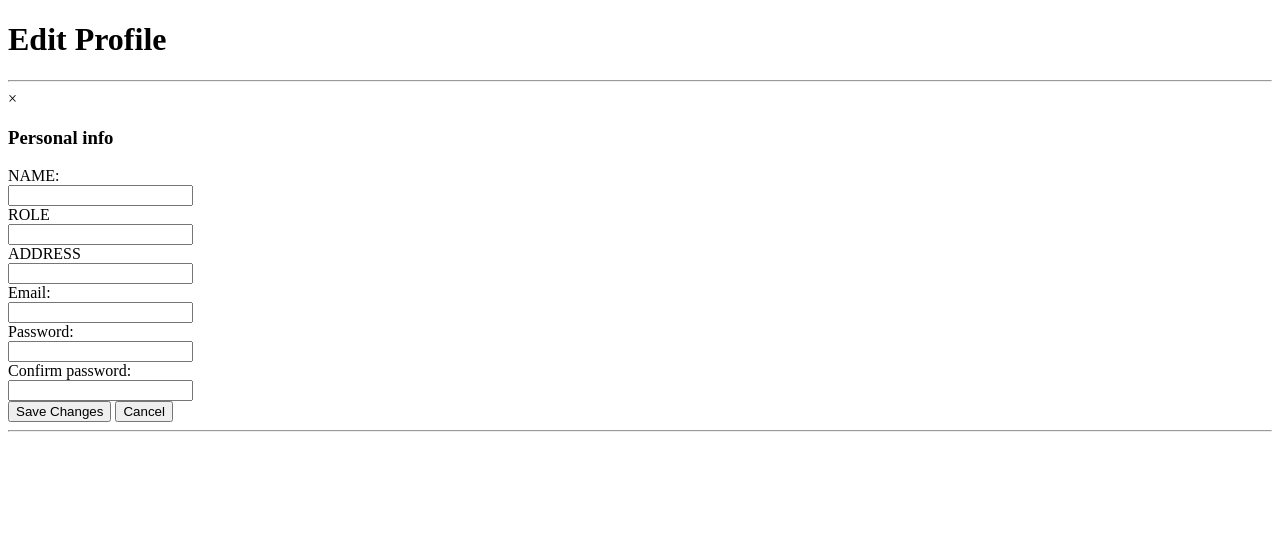
Repository: sharad2795/collobrationproject
Page: collobrationFE/WebContent/htmlpages/updateuser.html
An editor plug-in stored every save of this project. The page is shown before and after the next save, followed by the edit.
The browser window is 1280 px wide. The pictures show the whole page.

Above is the page before, as saved 2017-05-22 09:31:14.

### collobrationFE/WebContent/htmlpages/updateuser.html
<!DOCTYPE html>
<html>
<head>
<meta charset="ISO-8859-1">
<title>Insert title here</title>
</head>
<body>
<div ng-controller="usercontroller as ctrl">
<div class="container">
    <h1>Edit Profile</h1>
  	<hr>

      <!-- edit form column -->
      <div class="col-md-9 personal-info">
        <div class="alert alert-info alert-dismissable">
          <a class="panel-close close" data-dismiss="alert">×</a>

        <h3>Personal info</h3>

        <form ng-submit="ctrl.update()"  class="form-horizontal" role="form">
          <div class="form-group">
            <label class="col-lg-3 control-label">NAME:</label>
            <div class="col-lg-8">
              <input class="form-control" type="text" ng-model="currentUser.name">
            </div>
          </div>
          <div class="form-group">
            <label class="col-lg-3 control-label">ROLE</label>
            <div class="col-lg-8">
              <input class="form-control" type="text" ng-model="currentUser.role">
            </div>
          </div>
          <div class="form-group">
            <label class="col-lg-3 control-label">ADDRESS</label>
            <div class="col-lg-8">
              <input class="form-control" type="text" value="" ng-model="currentUser.address">
            </div>
          </div>
          <div class="form-group">
            <label class="col-lg-3 control-label">Email:</label>
            <div class="col-lg-8">
              <input class="form-control" type="text" ng-model="currentUser.email">
            </div>
          </div>
          <div class="form-group">
            <label class="col-md-3 control-label">Password:</label>
            <div class="col-md-8">
              <input class="form-control" type="password" ng-model="currentUser.password">
            </div>
          </div>
          <div class="form-group">
            <label class="col-md-3 control-label">Confirm password:</label>
            <div class="col-md-8">
              <input class="form-control" type="password" ng-model="currentUser.confirmpassword">
            </div>
          </div>
          <div class="form-group">
            <label class="col-md-3 control-label"></label>
            <div class="col-md-8">
              <input type="submit" class="btn btn-primary" value="Save Changes">
              <span></span>
              <input type="reset" class="btn btn-default" value="Cancel">
            </div>
          </div>
        </form>
      </div>
  </div>
</div>
</div>
</div>
<hr>
</body>
</html>

After the next save:
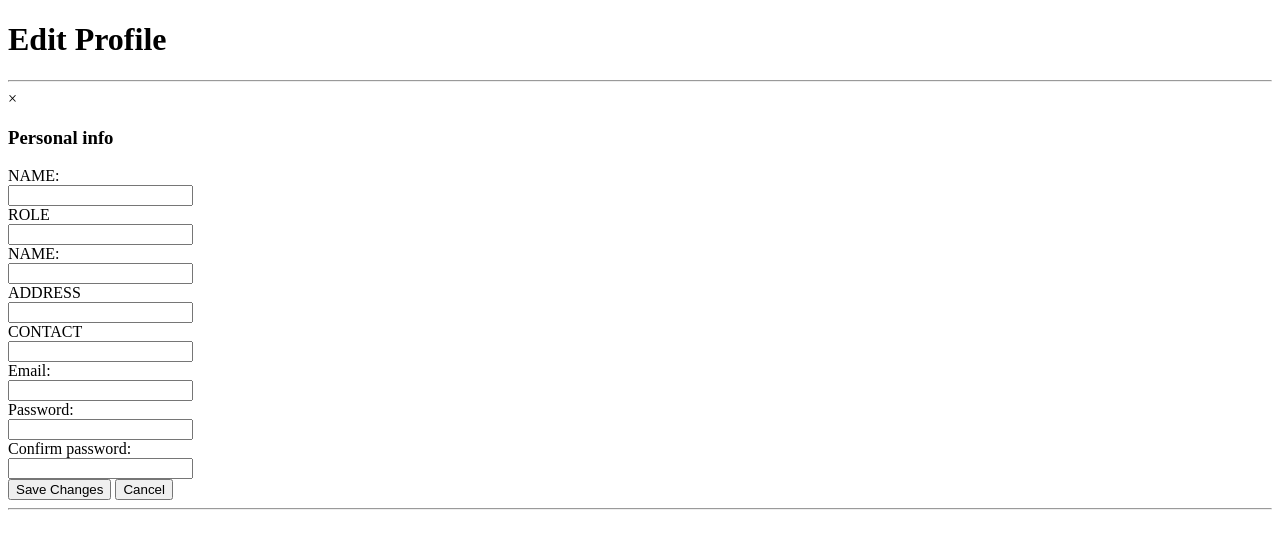
Saved 3 min 1 s later.
--- a/collobrationFE/WebContent/htmlpages/updateuser.html
+++ b/collobrationFE/WebContent/htmlpages/updateuser.html
@@ -30,10 +30,21 @@
               <input class="form-control" type="text" ng-model="currentUser.role">
             </div>
           </div>
+           <label class="col-lg-3 control-label">NAME:</label>
+            <div class="col-lg-8">
+              <input class="form-control" type="text" ng-model="currentUser.name">
+            </div>
+          </div>
           <div class="form-group">
             <label class="col-lg-3 control-label">ADDRESS</label>
             <div class="col-lg-8">
               <input class="form-control" type="text" value="" ng-model="currentUser.address">
+            </div>
+          </div>
+          <div class="form-group">
+            <label class="col-lg-3 control-label">CONTACT</label>
+            <div class="col-lg-8">
+              <input class="form-control" type="text" value="" ng-model="currentUser.contact">
             </div>
           </div>
           <div class="form-group">
